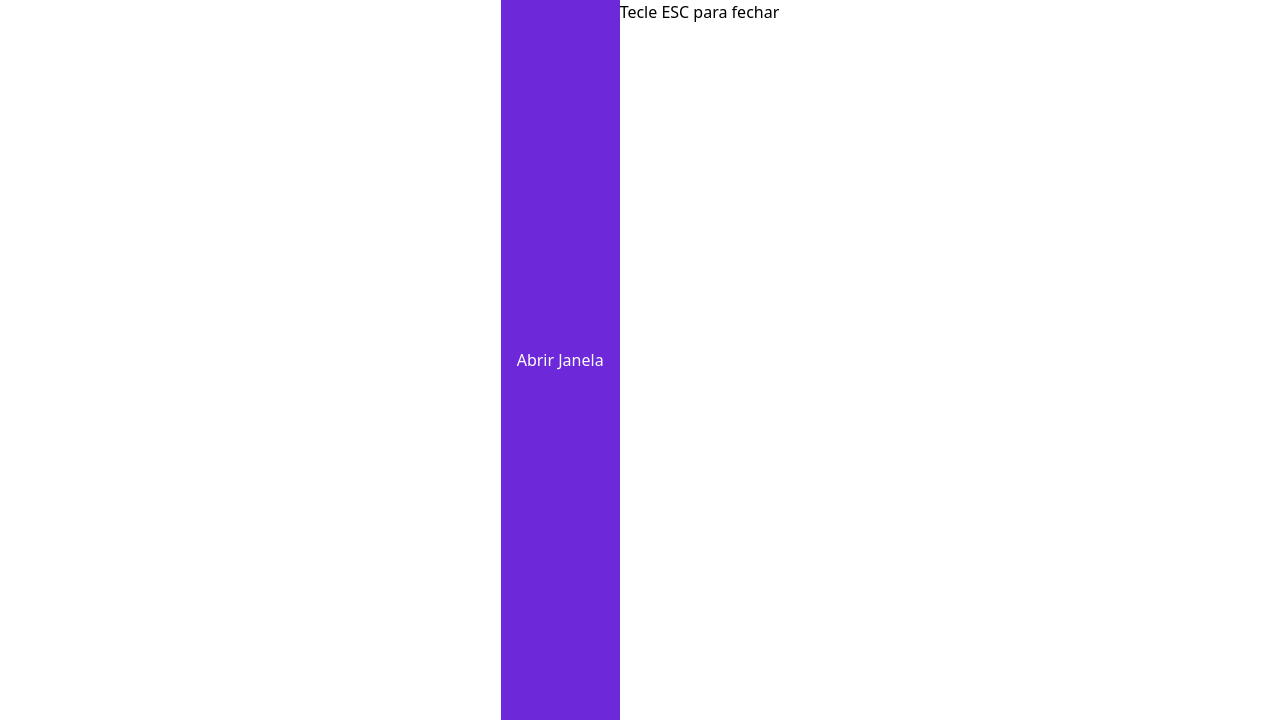
Repository: vndp/Dom_lab
Page: Praticando/index.html
An editor plug-in stored every save of this project. The page is shown before and after the next save, followed by the edit.
The browser window is 1280 px wide. The pictures show the whole page.

Above is the page before, as saved 2022-07-19 10:30:14.

After the next save:
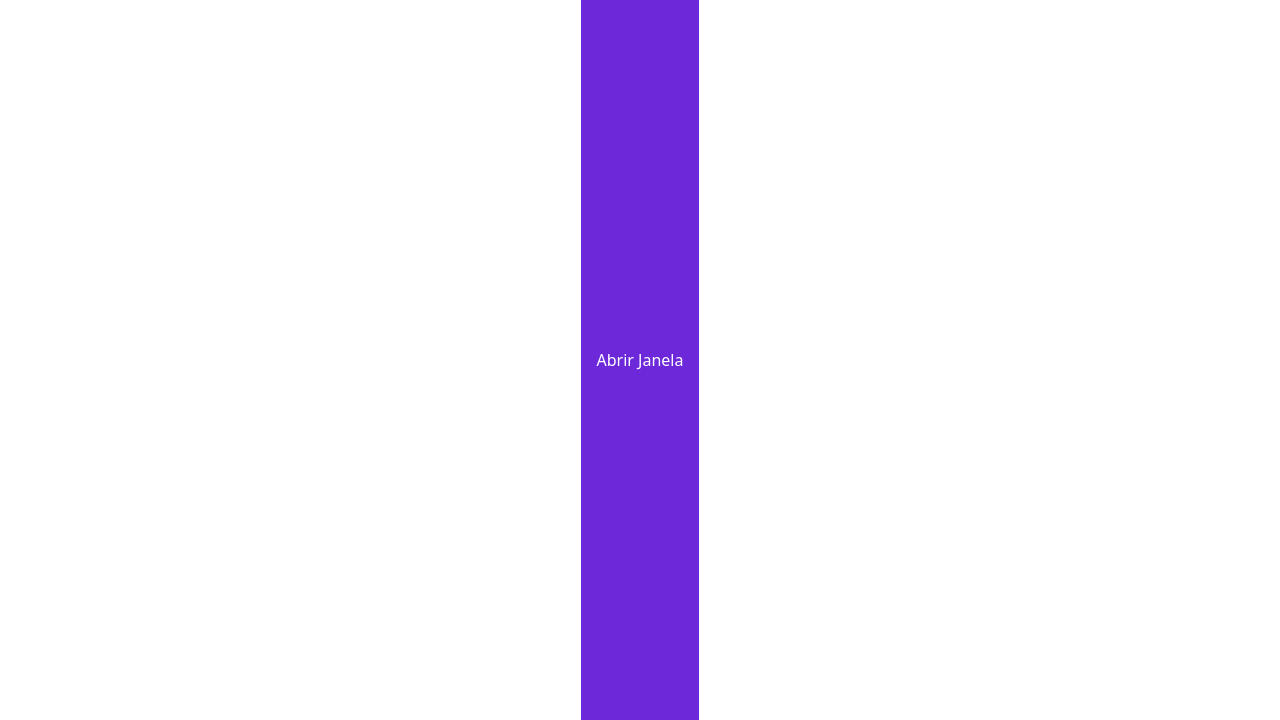
Saved 12 s later.
--- a/Praticando/index.html
+++ b/Praticando/index.html
@@ -21,7 +21,7 @@
 <div class="modal-wrapper invisible fixed
             bg-gray-500 w-screen h-screen flex
             itens-center justify-center">
-</div class="p-8 bg-white text-center rounded">
+<div class="p-8 bg-white text-center rounded">
     Tecle ESC para fechar
 
 
